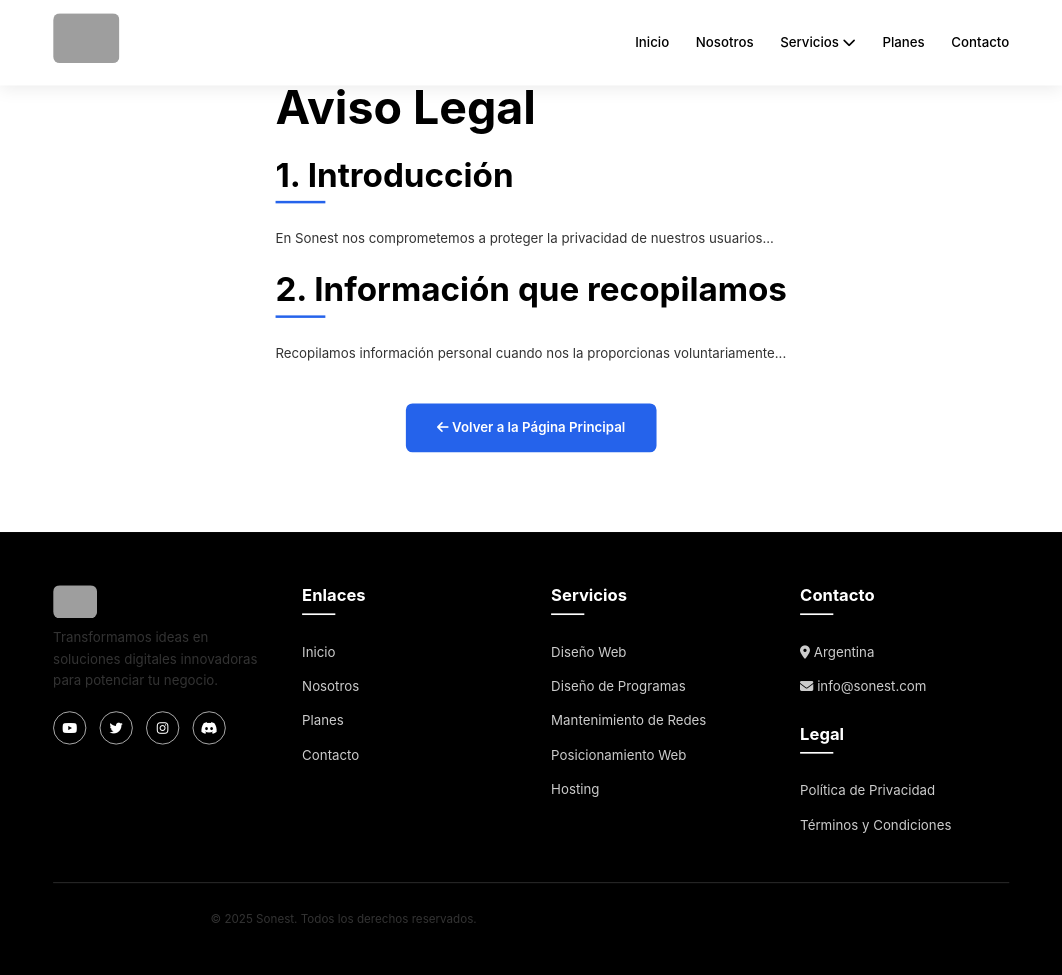
Repository: FabriDevelope/sonest
Page: aviso-legal.html
These files come from the project's save history. The page is drawn as it stood at one moment and after the next save; the edit follows.
The browser window is 1280 px wide. The pictures show the whole page, at 83% of full size.
Pictures or frames that could not be fetched are drawn as grey boxes.

Above is the page before, as saved 2025-08-03 01:55:54.

After the next save:
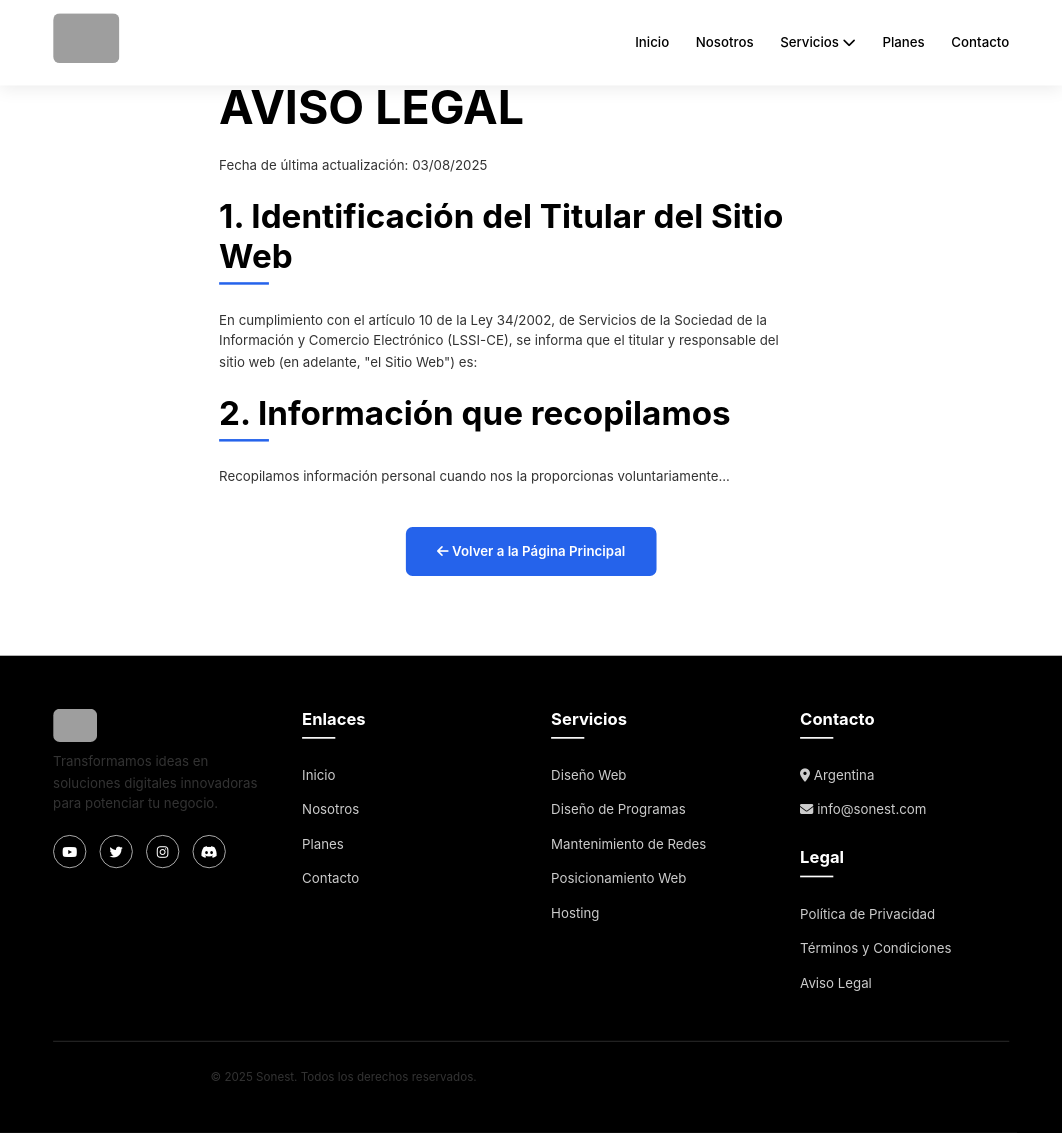
Saved 116 s later.
--- a/aviso-legal.html
+++ b/aviso-legal.html
@@ -261,10 +261,11 @@
 
      <main class="section" style="max-width: 800px; margin: 0 auto;">
         <div class="container">
-            <h1>Aviso Legal</h1>
-
-            <h2>1. Introducción</h2>
-            <p>En Sonest nos comprometemos a proteger la privacidad de nuestros usuarios...</p>
+            <h1>AVISO LEGAL</h1>
+            <p>Fecha de última actualización: 03/08/2025</p>
+
+            <h2>1. Identificación del Titular del Sitio Web</h2>
+            <p>En cumplimiento con el artículo 10 de la Ley 34/2002, de Servicios de la Sociedad de la Información y Comercio Electrónico (LSSI-CE), se informa que el titular y responsable del sitio web <www class="sonest netlify app"></www> (en adelante, "el Sitio Web") es:</p>
 
             <h2>2. Información que recopilamos</h2>
             <p>Recopilamos información personal cuando nos la proporcionas voluntariamente...</p>
@@ -325,6 +326,7 @@
                 <ul class="footer-links">
                     <li><a href="politica-de-privacidad.html" class="footer-link">Política de Privacidad</a></li>
                     <li><a href="terminos-y-condiciones-de-uso.html" class="footer-link">Términos y Condiciones</a></li>
+                    <li><a href="aviso-legal.html"class="footer-link">Aviso Legal</a></li>
                 </ul>
             </div>
         </div>
